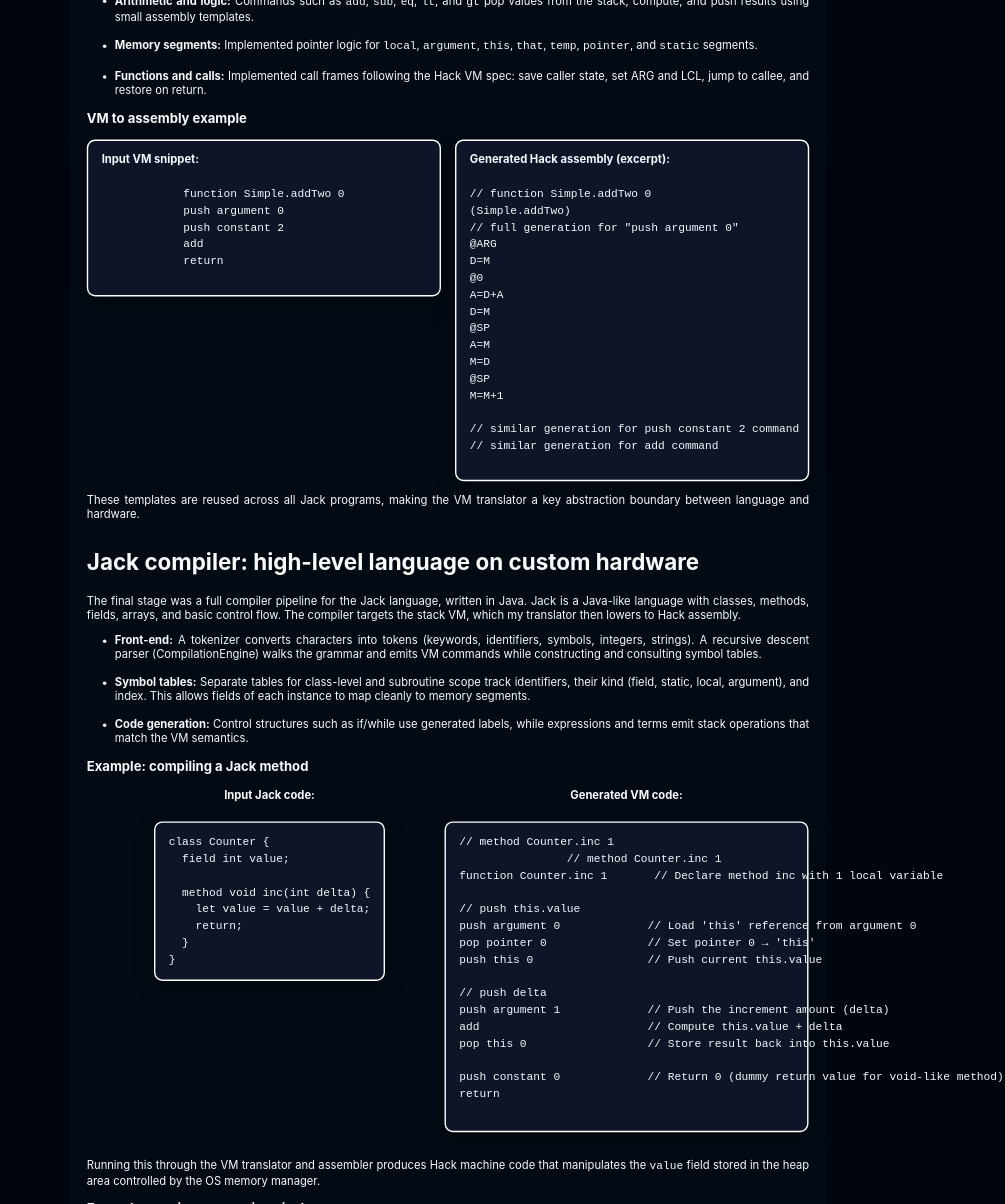
Repository: Abdulaziz-04/Abdulaziz-04.github.io
Page: deepdives/backend_systems/nand2tetris/nand2tetris.html
These files come from the project's save history. The page is drawn as it stood at one moment and after the next save; the edit follows.
The browser window is 1280 px wide. The page is 1436 px wide, then 1280 px, so the pictures cover 1436 px, including what lies to the right of the window. The pictures show the part of the page from y = 3428 to 5148 px (the page is 6251 px tall before and 6427 px after), at 70% of full size.

Above is the page before, as saved 2025-11-20 21:42:52.

### deepdives/backend_systems/nand2tetris/nand2tetris.html
<!DOCTYPE html>
<html lang="en">
  <head>
    <meta charset="UTF-8" />
    <meta name="viewport" content="width=device-width, initial-scale=1" />
    <title>
      From Nand to Tetris: Building a Computer and Compiler from Scratch
    </title>
    <link rel="stylesheet" href="../../../assets/css/styles.css" />
    <style>
      .project-detail-page pre,
      .project-detail-page code {
        font-size: 1rem;
        line-height: 1.5;
      }

      .project-detail-page pre {
        display: flex;
        justify-content: center;
        margin: 1.25rem auto;
      }

      .project-detail-page pre code {
        display: inline-block;
        text-align: left;
      }

      .code-pair {
        display: grid;
        grid-template-columns: repeat(2, minmax(0, 1fr));
        gap: 1.25rem;
        align-items: start;
        justify-items: center;
        max-width: 1000px;
        margin: 0 auto;
      }

      .code-pair > div {
        display: flex;
        flex-direction: column;
        gap: 0.5rem;
        align-items: center;
      }

      .code-pair p {
        margin: 0;
        text-align: center;
        width: 100%;
      }

      .code-bordered {
        border: 1px solid #ffffff;
        border-radius: 8px;
        padding: 0.75rem;
        display: block;
        width: fit-content;
        max-width: 100%;
        margin: 0.75rem auto;
      }

      .project-detail-page pre.code-bordered {
        margin: 0 auto 1.25rem;
        justify-content: flex-start;
      }

      .code-card {
        color: #f6f8ff;
        border: 2px solid #3b4a6d;
        border-radius: 12px;
        padding: 1rem 1.2rem;
        background: #0d1526;
        box-shadow: 0 10px 32px rgba(0, 0, 0, 0.24);
        display: flex;
        flex-direction: column;
        gap: 0.5rem;
        width: 100%;
        max-width: 520px;
      }

      .code-card__title {
        margin: 0;
        font-weight: 700;
        text-align: left;
      }

      .code-card code {
        display: block;
        white-space: pre;
        width: 100%;
      }

      .code-card.vm-block,
      .code-card.asm-block {
        border-color: #ffffff;
      }

      .code-grid {
        display: grid;
        grid-template-columns: repeat(2, minmax(0, 1fr));
        gap: 1.25rem;
        align-items: start;
        justify-items: center;
        max-width: 1100px;
        margin: 0 auto;
      }

      .asm-columns {
        display: grid;
        grid-template-columns: repeat(auto-fit, minmax(220px, 1fr));
        gap: 0.75rem;
        align-items: start;
      }

      .asm-columns pre {
        margin: 0;
        padding: 0;
        border: none;
        background: transparent;
      }

      .asm-columns pre code {
        display: block;
        white-space: pre;
        width: 100%;
      }
    </style>
  </head>

  <body class="project-detail-page">
    <header class="detail-hero">
      <a
        class="category-back"
        href="../../../projects/compiler-blockchain.html"
      >
        &larr; Back to Projects
      </a>

      <p
        class="category-pill"
        onclick="window.location.href='../../../projects/compiler-blockchain.html'"
      >
        Backend &amp; Distributed Logic
      </p>
      <br />
      <h1>
        From Nand to Tetris: Building a Computer and Compiler from Scratch
      </h1>

      <p class="detail-summary">
        <b>
          Two–part systems project where I built a full 16-bit computer,
          assembler, virtual machine, and compiler from primitive NAND gates.
          The stack ends in a high-level programming language called Jack that
          runs on the hardware I designed using an emulator.
        </b>
      </p>

      <p class="detail-summary">
        I completed all projects for both Coursera courses
        <i>“Build a Modern Computer from First Principles: Part 1 and Part 2”</i
        >, submitted every assignment, scored <b>98%</b> overall, and earned
        both certifications.
      </p>

      <ul class="detail-meta">
        <li>
          <strong>Tech Stack:</strong>
          Hardware Description Language (HDL), Hack assembly, Jack language,
          Java (assembler, VM translator, compiler), shell tooling, hardware and
          VM emulators
        </li>
      </ul>
    </header>

    <main class="section detail-content">
      <!-- HERO IMAGE -->
      <section class="detail-section detail-hero-gif">
        <figure class="gallery-item gallery-item--wide">
          <img
            src="./images/nand2tetris_intro.png"
            alt="Hardware and software hierarchy from NAND gate up to high level language"
            style="display: block; margin: 0 auto; max-width: 90%; height: auto"
          />
          <figcaption style="text-align: center">
            The full stack I implemented: from a single NAND gate to logic
            chips, CPU, assembler, VM, and Jack compiler running user programs.
          </figcaption>
        </figure>
      </section>

      <!-- QUICK INSIGHTS -->
      <section class="detail-section">
        <h2>Quick insights</h2>
        <ul class="psr-list">
          <li>
            <strong>Goal:</strong>
            Design a full computer system from the logic-gate level and build a
            usable high-level programming language called Jack with it's own
            compiler and toolchain that runs games and apps on that hardware.
          </li>
          <br />
          <li>
            <strong>Scope:</strong>
            Implemented over <b>30+</b> hardware chips in HDL, a
            <b>16-bit Hack CPU and memory system</b>, a two-stage software stack
            (assembler and VM translator), and a multi-pass Jack compiler.
          </li>
          <br />
          <li>
            <strong>Outcome:</strong>
            The final system runs full Jack programs such as Tetris and a simple
            operating system (arrays, math library, memory manager), compiled by
            my Java tools from Jack to machine language that executes on the
            hardware I built (via emulation).
          </li>
        </ul>
      </section>

      <!-- HARDWARE PLATFORM -->
      <section class="detail-section">
        <h2>Hardware platform: from NAND to a 16-bit computer</h2>
        <p>
          Part 1 focused on creating the hardware stack using the course HDL.
          Starting from a single NAND primitive, I implemented combinational and
          sequential chips and composed them into a usable computer.
        </p>

        <ul>
          <li>
            <b>Core logic:</b> Built gates such as NOT, AND, OR, MUX, and
            adders, then composed them into an <b>ALU</b> (Arithmetic Logic
            Unit) supporting arithmetic, bitwise operations, and zero/negative
            flags.
          </li>
          <br />
          <li>
            <b>Stateful components:</b> Implemented Register, RAM8/64/4K/16K,
            counters, and a screen-mapped memory unit using flip-flops and
            clocked logic.
          </li>
          <br />
          <li>
            <b>CPU and computer:</b> Wired the ALU (Arithmetic Logic Unit),
            registers, and instruction decoder into a Hack CPU supporting
            A-instruction and C-instruction i.e. Address and Compute
            instructions plus conditional jumps, then added ROM and memory to
            form the complete computer chip.
          </li>
        </ul>

        <h3>Example: ALU snippet and behavior</h3>
        <p>
          The ALU combines configurable input negation, zeroing, and function
          selection. Here is a simplified HDL excerpt (names adjusted for
          brevity):
        </p>

        <pre class="code-bordered"><code>// Simplified ALU style HDL
CHIP ALU {
  IN  x[16], y[16],
      zx, nx, zy, ny, f, no;
  OUT out[16], zr, ng;

  PARTS:
  Mux16(a=x, b=false, sel=zx, out=xz);
  Not16(in=xz, out=xn);
  Mux16(a=xz, b=xn, sel=nx, out=x1);

  Mux16(a=y, b=false, sel=zy, out=yz);
  Not16(in=yz, out=yn);
  Mux16(a=yz, b=yn, sel=ny, out=y1);

  Add16(a=x1, b=y1, out=sum);
  And16(a=x1, b=y1, out=andv);
  Mux16(a=andv, b=sum, sel=f, out=out0);

  Not16(in=out0, out=out1);
  Mux16(a=out0, b=out1, sel=no, out=out);

  Or16Way(in=out, out=any);
  Not(in=any, out=zr);
  And(in=out[15], in2=true, out=ng);
}</code></pre>

        <p>
          With these control bits, higher-level instructions like D=D+M or M=!M
          are implemented simply by choosing the correct input parameter
          combination.
        </p>
      </section>

      <!-- ASSEMBLER -->
      <section class="detail-section">
        <h2>Assembler: Hack assembly to machine code</h2>
        <p>
          Once the computer chip worked in simulation, I wrote a two-pass
          assembler in Java for the Hack assembly language. It resolves labels
          and variables, then emits 16-bit binary instructions.
        </p>

        <ul>
          <li>
            <b>Two-pass design:</b> First pass scans labels (for example,
            <code>(LOOP)</code>) and records their ROM addresses. Second pass
            encodes A and C instructions into their binary form.
          </li>
          <br />
          <li>
            <b>Symbol table:</b> Pre-populated with predefined registers
            (R0–R15), pointers (SP, LCL, ARG), screen and keyboard addresses,
            then extended with user variables starting at address 16.
          </li>
        </ul>

        <h3>Assembler encoding example</h3>

        <div class="code-pair">
          <div>
            <p><b>Input assembly:</b></p>
            <pre class="code-card vm-block"><code>// Simple loop
@i
M=1
(LOOP)
  @i
  M=M+1
  @10
  D;JLT
  @LOOP
  0;JMP</code></pre>
          </div>

          <div>
            <p><b>Generated machine code:</b></p>
            <pre
              class="code-card asm-block"
            ><code>0000000000010000   // @i (allocated at 16)
1110111111001000   // M=1
0000000000010000   // @i
1111110111011000   // M=M+1
0000000000001010   // @10
1110001100000100   // D;JLT
0000000000000010   // @LOOP (ROM address 2)
1110101010000111   // 0;JMP</code></pre>
          </div>
        </div>

        <p>
          Running this binary on the hardware simulator shows the register and
          RAM state changing as expected, proving the assembler and CPU agree on
          the instruction set.
        </p>
      </section>

      <!-- VM TRANSLATOR -->
      <section class="detail-section">
        <h2>VM translator: stack machine to Hack assembly</h2>
        <p>
          Part 2 starts the software hierarchy. I implemented a VM translator in
          Java that converts a high-level stack-based VM language into Hack
          assembly. This layer decouples Jack from the hardware and introduces
          function calls and static segments.
        </p>

        <ul>
          <li>
            <b>Arithmetic and logic:</b> Commands such as <code>add</code>,
            <code>sub</code>, <code>eq</code>, <code>lt</code>, and
            <code>gt</code> pop values from the stack, compute, and push results
            using small assembly templates.
          </li>
          <br />
          <li>
            <b>Memory segments:</b> Implemented pointer logic for
            <code>local</code>, <code>argument</code>, <code>this</code>,
            <code>that</code>, <code>temp</code>, <code>pointer</code>, and
            <code>static</code> segments.
          </li>
          <br />
          <li>
            <b>Functions and calls:</b> Implemented call frames following the
            Hack VM spec: save caller state, set ARG and LCL, jump to callee,
            and restore on return.
          </li>
        </ul>

        <h3>VM to assembly example</h3>

        <div class="code-grid">
          <div class="code-card vm-block">
            <p class="code-card__title">Input VM snippet:</p>
            <pre><code>function Simple.addTwo 0
push argument 0
push constant 2
add
return</code></pre>
          </div>

          <div class="code-card asm-block" style="grid-column: span 1">
            <p class="code-card__title">Generated Hack assembly (excerpt):</p>
            <pre><code>// function Simple.addTwo 0
(Simple.addTwo)
// full generation for "push argument 0"
@ARG
D=M
@0
A=D+A
D=M
@SP
A=M
M=D
@SP
M=M+1

// similar generation for push constant 2 command
// similar generation for add command
</code></pre>
          </div>
        </div>

        <p>
          These templates are reused across all Jack programs, making the VM
          translator a key abstraction boundary between language and hardware.
        </p>
      </section>

      <!-- JACK COMPILER -->
      <section class="detail-section">
        <h2>Jack compiler: high-level language on custom hardware</h2>
        <p>
          The final stage was a full compiler pipeline for the Jack language,
          written in Java. Jack is a Java-like language with classes, methods,
          fields, arrays, and basic control flow. The compiler targets the stack
          VM, which my translator then lowers to Hack assembly.
        </p>

        <ul>
          <li>
            <b>Front-end:</b> A tokenizer converts characters into tokens
            (keywords, identifiers, symbols, integers, strings). A recursive
            descent parser (CompilationEngine) walks the grammar and emits VM
            commands while constructing and consulting symbol tables.
          </li>
          <br />
          <li>
            <b>Symbol tables:</b> Separate tables for class-level and subroutine
            scope track identifiers, their kind (field, static, local,
            argument), and index. This allows fields of each instance to map
            cleanly to memory segments.
          </li>
          <br />
          <li>
            <b>Code generation:</b> Control structures such as if/while use
            generated labels, while expressions and terms emit stack operations
            that match the VM semantics.
          </li>
        </ul>

        <h3>Example: compiling a Jack method</h3>

        <div class="code-pair">
          <div>
            <p><b>Input Jack code:</b></p>
            <pre class="code-card vm-block"><code>class Counter {
  field int value;

  method void inc(int delta) {
    let value = value + delta;
    return;
  }
}</code></pre>
          </div>
          <div>
            <p><b>Generated VM code:</b></p>
            <pre class="code-card asm-block"><code>// method Counter.inc 1
                // method Counter.inc 1
function Counter.inc 1       // Declare method inc with 1 local variable

// push this.value
push argument 0             // Load 'this' reference from argument 0
pop pointer 0               // Set pointer 0 → 'this'
push this 0                 // Push current this.value

// push delta
push argument 1             // Push the increment amount (delta)
add                         // Compute this.value + delta
pop this 0                  // Store result back into this.value

push constant 0             // Return 0 (dummy return value for void-like method)
return
  </code></pre>
          </div>
        </div>

        <p>
          Running this through the VM translator and assembler produces Hack
          machine code that manipulates the <code>value</code> field stored in
          the heap area controlled by the OS memory manager.
        </p>

        <h3>Example: parsing expressions in Java</h3>
        <p>
          The recursive descent compiler uses small focused methods that mirror
          the grammar. For example, expression compilation handles operator
          precedence and emits VM operations as it walks the parse tree.
        </p>

        <pre class="code-bordered"><code>// Simplified Java-style excerpt
private void compileExpression() {
  compileTerm();
  while (tokenIsOneOf("+", "-", "*", "/", "&amp;", "|", "&lt;", "&gt;", "=")) {
    String op = currentToken();
    advance();
    compileTerm();
    writeArithmetic(op);  // maps '+' to 'add', '&lt;' to 'lt', etc.
  }
}</code></pre>

        <p>
          This design keeps the compiler readable and makes it easy to trace
          from Jack source through VM and assembly when debugging.
        </p>
      </section>

      <!-- END-TO-END PIPELINE -->
      <section class="detail-section">
        <h2>End-to-end pipeline and final programs</h2>
        <p>
          With the full pipeline in place, I compiled and ran several Jack
          applications, including the supplied Tetris, a simple OS API, and my
          own small programs that manipulate memory, draw graphics, and handle
          keyboard input.
        </p>

        <ul>
          <li>
            <b>End-to-end flow:</b> Jack source (User Input Programming
            Language) → Java Compiler → VM code → Java VM translator → Hack
            assembly → Java assembler → 16-bit machine code → executed on the
            computer emulated from NAND gates. The Compiler, VM translator and
            assembler were built from scratch in Java.
          </li>
          <br />
          <li>
            <b>Debugging:</b> Used the hardware and VM simulators to step
            through instructions, inspect RAM and stack, and validate that
            higher-level bugs were not caused by lower-level hardware mistakes.
          </li>
        </ul>
      </section>

      <!-- IMPACT & LEARNINGS -->
      <section class="detail-section detail-impact">
        <h2>Impact and learnings</h2>
        <ul>
          <li>
            <b>Systems thinking:</b> Gained a concrete understanding of how
            compilers, virtual machines, and hardware interact, instead of
            treating them as black boxes.
          </li>
          <br />
          <li>
            <b>Compiler and language design:</b> Implemented a real compiler
            front-end and back-end, including lexical analysis, parsing, symbol
            tables, and code generation for a custom language.
          </li>
          <br />
          <li>
            <b>Hardware intuition:</b> Designing the ALU, CPU, and memory from
            primitive gates sharpened my intuition for performance, instruction
            set design, and the cost of different operations.
          </li>
          <br />
          <li>
            <b>Reliability through abstraction:</b> Each layer (HDL chips,
            assembler, VM, compiler) had a clear contract and test suite, which
            made debugging manageable despite how much was built from scratch.
          </li>
        </ul>
      </section>
    </main>
  </body>
</html>

Loaded but not shown: assets/css/styles.css (941 lines, source omitted)

After the next save:
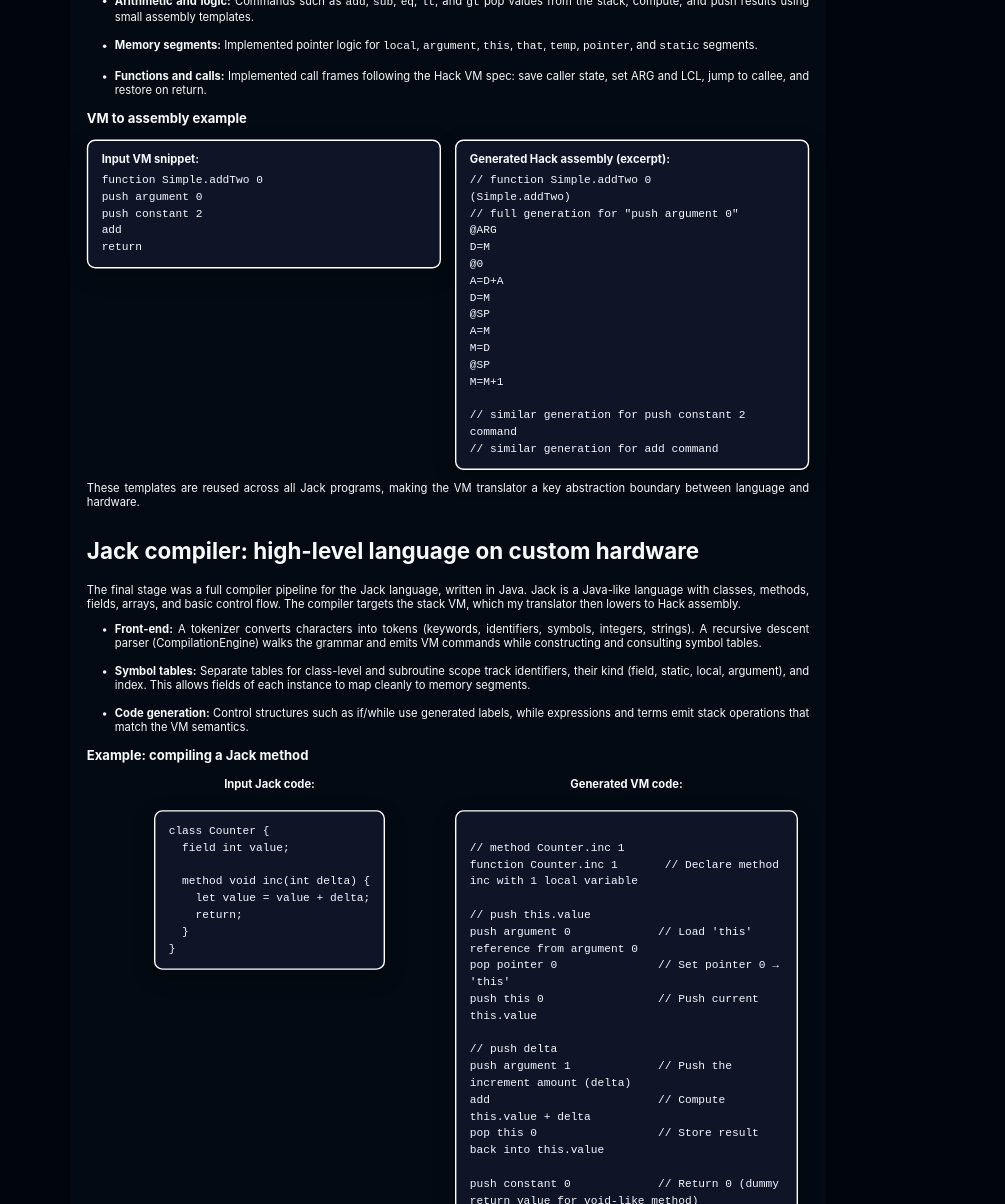
Saved 5 min 20 s later.
--- a/deepdives/backend_systems/nand2tetris/nand2tetris.html
+++ b/deepdives/backend_systems/nand2tetris/nand2tetris.html
@@ -77,6 +77,16 @@
         max-width: 520px;
       }
 
+      .code-card pre {
+        display: block;
+        margin: 0;
+      }
+
+      .code-card pre code {
+        display: block;
+        text-align: left;
+      }
+
       .code-card__title {
         margin: 0;
         font-weight: 700;
@@ -85,7 +95,8 @@
 
       .code-card code {
         display: block;
-        white-space: pre;
+        white-space: pre-wrap;
+        word-break: break-word;
         width: 100%;
       }
 
@@ -471,8 +482,8 @@ M=M+1
           </div>
           <div>
             <p><b>Generated VM code:</b></p>
-            <pre class="code-card asm-block"><code>// method Counter.inc 1
-                // method Counter.inc 1
+            <pre class="code-card asm-block"><code>
+// method Counter.inc 1
 function Counter.inc 1       // Declare method inc with 1 local variable
 
 // push this.value
